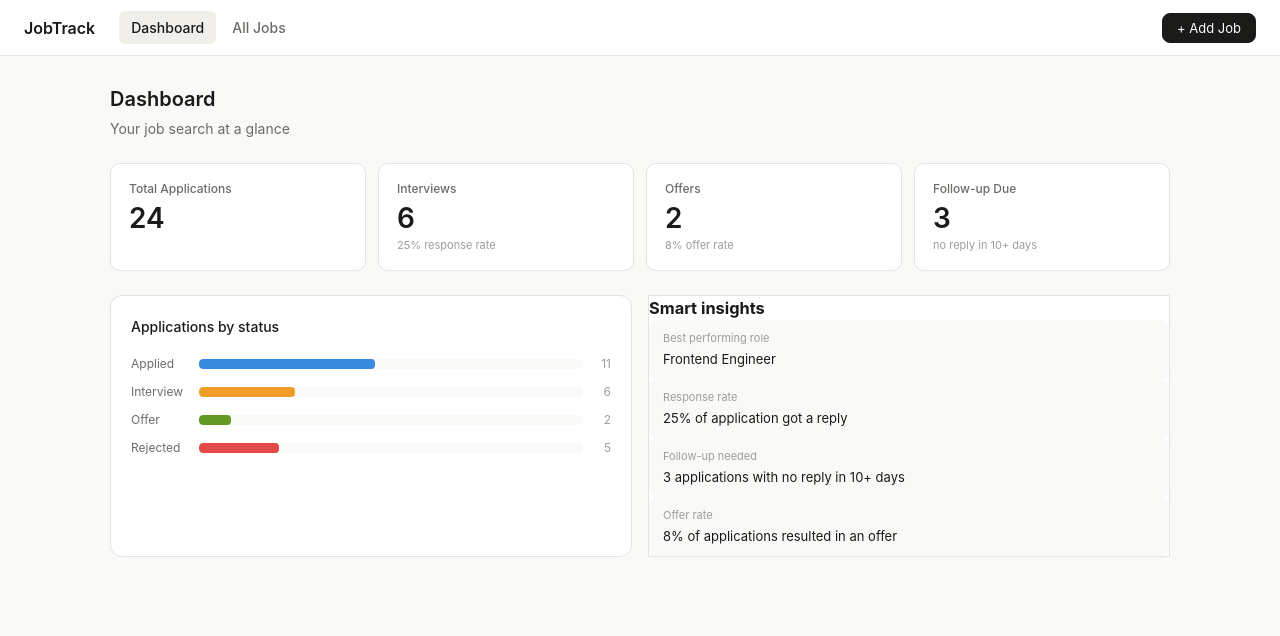
Repository: adtm0/jobtracker
Page: /dashboard (app in frontend/)
These files come from the project's save history. The page is drawn as it stood at one moment and after a run of saves; the edit follows.
The browser window is 1280 px wide. The pictures show the whole page.
The project was rebuilt for these pictures with package versions that can differ from the ones it lists, and the page was loaded fresh each time. Also part of the build but not shown: frontend/vite.config.js, frontend/src/pages/Login.jsx, frontend/src/pages/Register.jsx, frontend/src/pages/Jobs.jsx, frontend/src/pages/JobForm.jsx.

Above is the page before, as saved 2026-04-19 21:45:34.

### frontend/src/main.jsx
import { StrictMode } from "react";
import React from "react";
import ReactDOM from 'react-dom/client'
import { BrowserRouter } from 'react-router-dom'
import { createRoot } from "react-dom/client";
import "./index.css";
import App from "./App.jsx";

createRoot(document.getElementById("root")).render(
  <StrictMode>
    <BrowserRouter>
      <App />
    </BrowserRouter>
  </StrictMode>,
);

### frontend/src/index.css
*, *::before, *::after {
  box-sizing: border-box;
  margin: 0;
  padding: 0;
}

body {
  font-family: -apple-system, BlinkMacSystemFont, 'Segoe UI', sans-serif;
  background: #f9f9f8;
  color: #1a1a18;
  font-size: 14px;
  line-height: 1.5;
}

main {
  max-width: 1100px;
  margin: 0 auto;
  padding: 28px 20px;
}

input, select, textarea {
  width: 100%;
  padding: 8px 12px;
  border: 1px solid #e5e4df;
  border-radius: 8px;
  font-size: 14px;
  font-family: inherit;
  outline: none;
}

input:focus, select:focus, textarea:focus {
  border-color: #185FA5;
}

button {
  cursor: pointer;
  font-family: inherit;
  font-size: 14px;
  border-radius: 8px;
  border: 1px solid #e5e4df;
  background: #fff;
  padding: 8px 16px;
}

button:hover {
  background: #f9f9f8;
}

.btn-primary {
  background: #1a1a18;
  color: #fff;
  border-color: #1a1a18;
}

.btn-primary:hover {
  background: #333;
}

label {
  display: block;
  font-size: 12px;
  font-weight: 500;
  color: #6b6b67;
  margin-bottom: 5px;
}

### frontend/src/App.jsx
import {Routes, Route} from 'react-router-dom'
import Login from './pages/Login'
import Register from './pages/Register'
import Dashboard from './pages/Dashboard'
import Jobs from './pages/Jobs'
import JobForm from './pages/JobForm'
import Navbar from './components/Navbar'

function Layout({ children }) {
  return (
    <>
      <Navbar />
      <main>
        {children}
      </main>
    </>
  );
}

function App() {

  return (
    <Routes>
      <Route path='/login' element={<Login />} />
      <Route path='/register' element={<Register />} />
      <Route path='/dashboard' element={<Layout><Dashboard /></Layout>} />
      <Route path='/jobs' element={<Layout><Jobs /></Layout>} />
      <Route path='/jobs/new' element={<Layout><JobForm /></Layout>} />
    </Routes>
  )
}

export default App

### frontend/src/pages/Dashboard.jsx
const MOCK_STATS = {
  total: 24,
  applied: 11,
  interview: 6,
  offer: 2,
  rejected: 5,
  response_rate: 25,
  offer_rate: 8,
  follow_up_due: 3,
  best_role: "Frontend Engineer",
};
export default function Dashboard() {
  const stats = MOCK_STATS;

  return (
    <div>
      <div style={{ marginBottom: 24 }}>
        <h2 style={{ fontSize: 20, fontWeight: 600 }}>Dashboard</h2>
        <p style={{ color: "#6b6b67", marginTop: 4 }}>
          Your job search at a glance
        </p>
      </div>

      {/* stat cards */}
      <div
        style={{
          display: "grid",
          gridTemplateColumns: "repeat(4, 1fr)",
          gap: 12,
          marginBottom: 24,
        }}
      >
        {[
          { label: "Total Applications", value: stats.total },
          {
            label: "Interviews",
            value: stats.interview,
            sub: `${stats.response_rate}% response rate`,
          },
          {
            label: "Offers",
            value: stats.offer,
            sub: `${stats.offer_rate}% offer rate`,
          },
          {
            label: "Follow-up Due",
            value: stats.follow_up_due,
            sub: "no reply in 10+ days",
          },
        ].map(({ label, value, sub }) => (
          <div
            key={label}
            style={{
              background: "#fff",
              border: "1px solid #e5e4df",
              borderRadius: 10,
              padding: "16px 18px",
            }}
          >
            <div
              style={{
                fontSize: 12,
                color: "#6b6b67",
                fontWeight: 500,
                marginBottom: 6,
              }}
            >
              {label}
            </div>
            <div style={{ fontSize: 28, fontWeight: 600, lineHeight: 1 }}>
              {value}
            </div>
            {sub && (
              <div style={{ fontSize: 11, color: "#9d9d99", marginTop: 5 }}>
                {sub}
              </div>
            )}
          </div>
        ))}
      </div>

      {/* bottom section */}
      <div style={{ display: "grid", gridTemplateColumns: "1fr 1fr", gap: 16 }}>
        {/* status breakdown */}
        <div
          style={{
            background: "#fff",
            border: "1px solid #e5e4df",
            borderRadius: 12,
            padding: 20,
          }}
        >
          <h3 style={{ fontWeight: 500, fontSize: 14, marginBottom: 18 }}>
            Applications by status
          </h3>
          <div style={{ display: "flex", flexDirection: "column", gap: 10 }}>
            {[
              {
                label: "Applied",
                value: stats.applied,
                total: stats.total,
                color: "#378ADD",
              },
              {
                label: "Interview",
                value: stats.interview,
                total: stats.total,
                color: "#EF9F27",
              },
              {
                label: "Offer",
                value: stats.offer,
                total: stats.total,
                color: "#639922",
              },
              {
                label: "Rejected",
                value: stats.rejected,
                total: stats.total,
                color: "#E24B4A",
              },
            ].map(({ label, value, total, color }) => (
              <div
                key={label}
                style={{ display: "flex", alignItems: "center", gap: 8 }}
              >
                <span style={{ fontSize: 12, color: "#6b6b67", width: 60 }}>
                  {label}
                </span>
                <div
                  style={{
                    flex: 1,
                    background: "#f9f9f8",
                    borderRadius: 4,
                    height: 10,
                    overflow: "hidden",
                  }}
                >
                  <div
                    style={{
                      width: `${(value / total) * 100}%`,
                      height: "100%",
                      background: color,
                      borderRadius: 4,
                    }}
                  />
                </div>
                <span
                  style={{
                    fontSize: 12,
                    color: "#9d9d99",
                    width: 20,
                    textAlign: "right",
                  }}
                >
                  {value}
                </span>
              </div>
            ))}
          </div>
        </div>

        {/* insights */}
        <div style={{background: '#fff', border: '1px solid #e5e4df'}}>
          <h3>Smart insights</h3>
          <div>
            {[
              { label: 'Best performing role', value: stats.best_role},
              { label: 'Response rate', value: `${stats.response_rate}% of application got a reply`},
              { label: 'Follow-up needed', value: `${stats.follow_up_due} applications with no reply in 10+ days`},
              { label: 'Offer rate', value: `${stats.offer_rate}% of applications resulted in an offer`},
            ].map(({ label, value }) => (
              <div key={label} style={{background: '#f9f9f8', borderRadius: 8, padding: '10px 14px'}}>
                <div style={{fontSize: 11, color: '#9d9d99', marginBottom: 3}}>{label}</div>
                <div style={{fontSize: 13}}>{value}</div>
              </div>
            ))}
          </div>
        </div>

      </div>
    </div>
  );
}

### frontend/src/components/Navbar.jsx
import { NavLink } from "react-router-dom";

export default function Navbar() {
  return (
    <nav
      style={{
        background: "#fff",
        borderBottom: "1px solid #e5e4df",
        padding: "0 24px",
        height: 56,
        display: "flex",
        alignItems: "center",
        justifyContent: "space-between",
        position: "sticky",
        top: 0,
        zIndex: 100,
      }}
    >
      <div style={{ display: "flex", alignItems: "center", gap: 4 }}>
        <span style={{ fontWeight: 600, fontSize: 16, marginRight: 20 }}>
          JobTrack
        </span>
        <NavLink to="/dashboard" style={linkStyle}>
          Dashboard
        </NavLink>
        <NavLink to="/jobs" style={linkStyle}>
          All Jobs
        </NavLink>
      </div>
      <NavLink to="/jobs/new" style={{ textDecoration: "none" }}>
        <button
          className="btn-primary"
          style={{ fontSize: 13, padding: "6px 14px" }}
        >
          + Add Job
        </button>
      </NavLink>
    </nav>
  );
}

const linkStyle = ({ isActive }) => ({
  textDecoration: "none",
  fontSize: 14,
  fontWeight: 500,
  padding: '6px 12px',
  borderRadius: 6,
  color: isActive ? '#1a1a18' : '#6b6b67',
  background: isActive ? '#f0efea' : 'transparent'
});

After the next 4 saves:
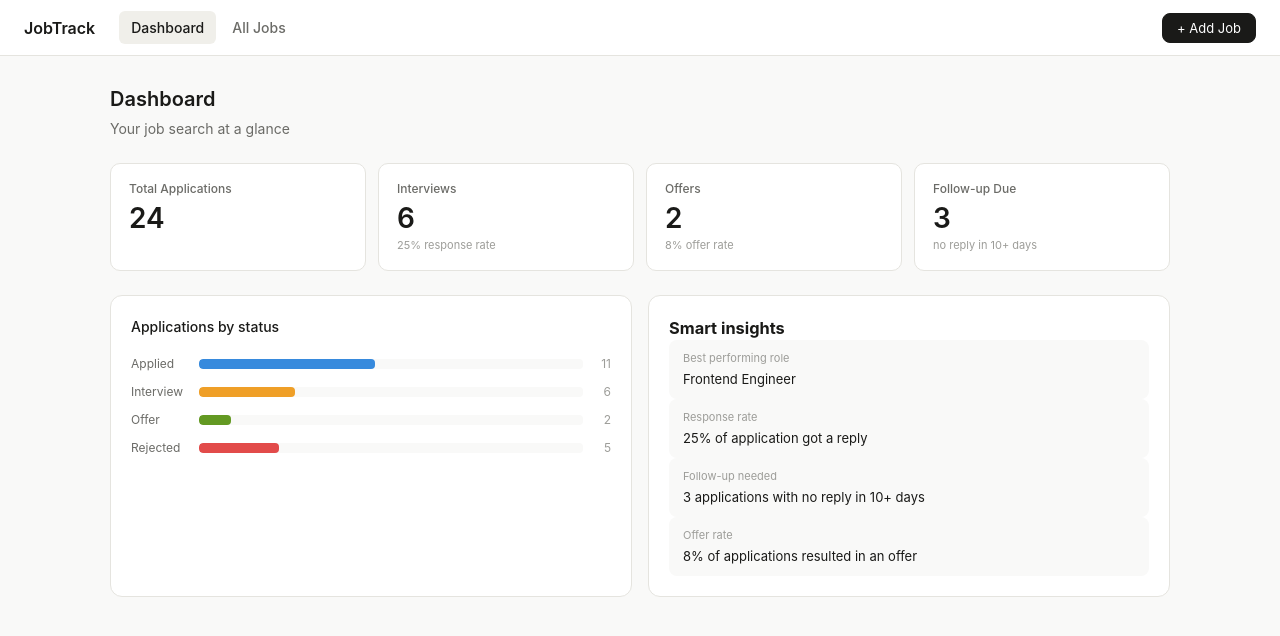
The 4 saves are shown as one change because 1 did not build or start and some came seconds apart.
The last was saved 16 s later.
--- a/frontend/src/pages/Dashboard.jsx
+++ b/frontend/src/pages/Dashboard.jsx
@@ -161,7 +161,7 @@ export default function Dashboard() {
         </div>
 
         {/* insights */}
-        <div style={{background: '#fff', border: '1px solid #e5e4df'}}>
+        <div style={{background: '#fff', border: '1px solid #e5e4df', borderRadius: 12, padding: 20}}>
           <h3>Smart insights</h3>
           <div>
             {[
